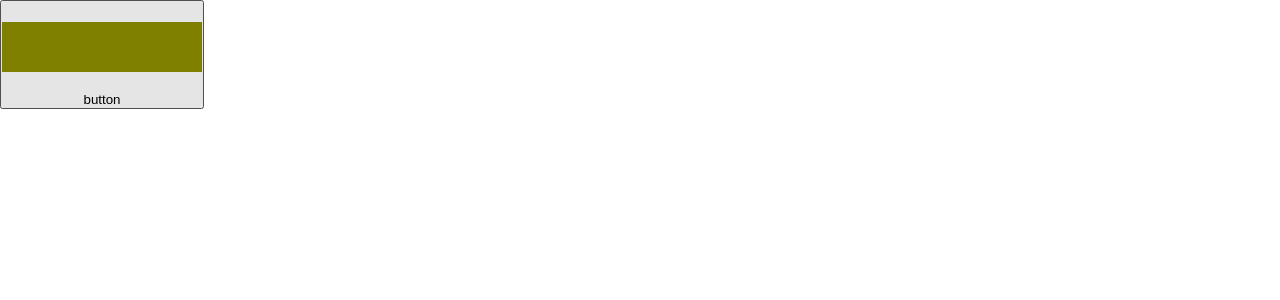
Repository: vyprodaica02/learning
Page: mouseMove/index.html
The author's editor kept a copy of each file at every save. The page is drawn from the files as they stood at one save, then again after the next save.
The browser window is 1280 px wide. The pictures show the whole page.

Above is the page before, as saved 2022-03-20 13:53:40.

After the next save:
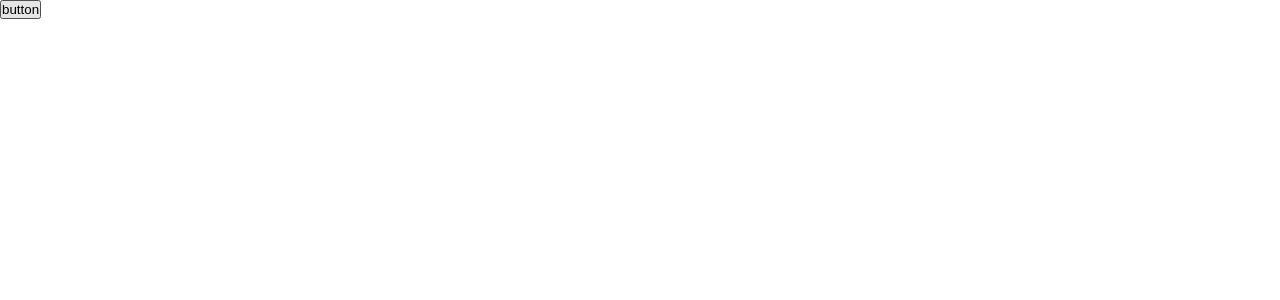
Console error: TypeError: Cannot read properties of null (reading 'addEventListener')
Saved 14 s later.
--- a/mouseMove/index.html
+++ b/mouseMove/index.html
@@ -10,7 +10,6 @@
 </head>
 <body>
     <button>
-        <input type="button" name="" class="btn">
         <span>button</span>
     </button>
 

After the save that followed:
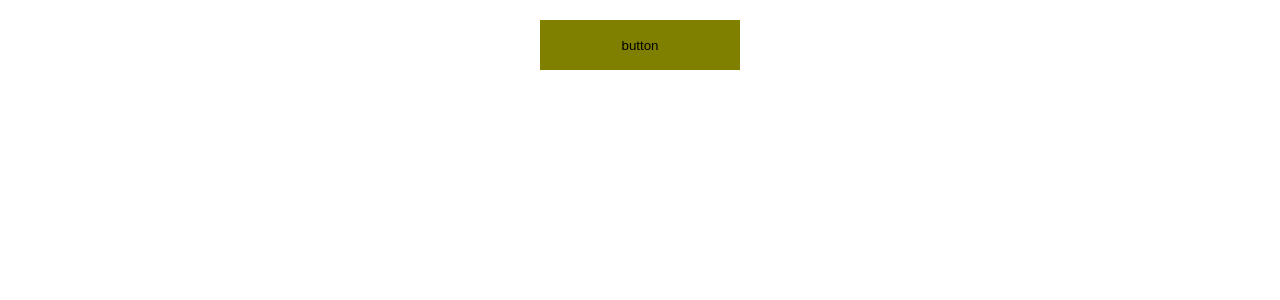
The error is gone.
Saved 12 s later.
--- a/mouseMove/index.html
+++ b/mouseMove/index.html
@@ -9,7 +9,7 @@
     <title>Document</title>
 </head>
 <body>
-    <button>
+    <button class="btn">
         <span>button</span>
     </button>
 
